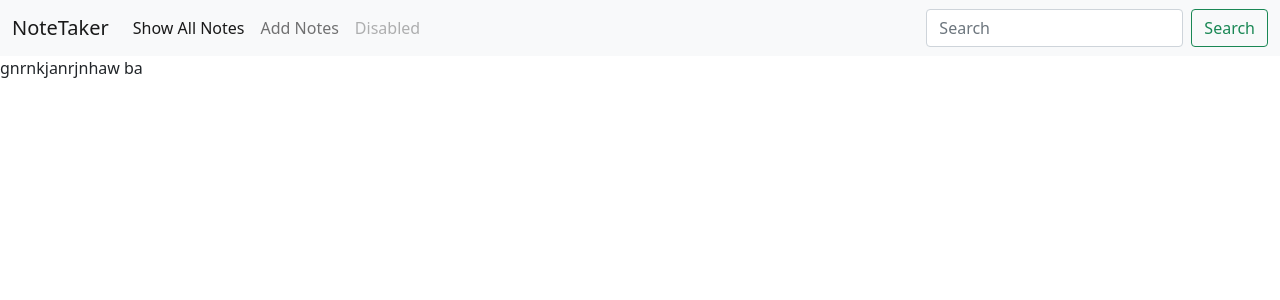
Repository: Shubham-Kumar-cmd/Hibernate
Page: http://localhost/NoteTakerApp/addNotes.jsp
The author's editor kept a copy of each file at every save. The page is drawn from the files as they stood at one save, then again after the next save.
The browser window is 1280 px wide. The pictures show the whole page.
The page is served by Tomcat 9.

Above is the page before, as saved 2023-02-07 09:31:47.

After the next save:
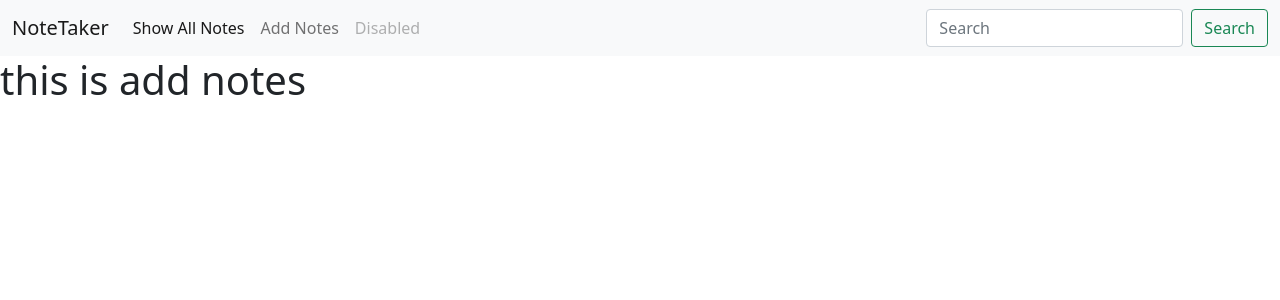
Saved 50 s later.
--- a/NoteTakerApp/src/main/webapp/addNotes.jsp
+++ b/NoteTakerApp/src/main/webapp/addNotes.jsp
@@ -5,9 +5,9 @@
 <html>
 <head>
 <meta charset="ISO-8859-1">
-<title>Insert title here</title>
+<title>Add Notes</title>
 </head>
 <body>
-gnrnkjanrjnhaw ba
+<h1>this is add notes</h1>
 </body>
 </html>
